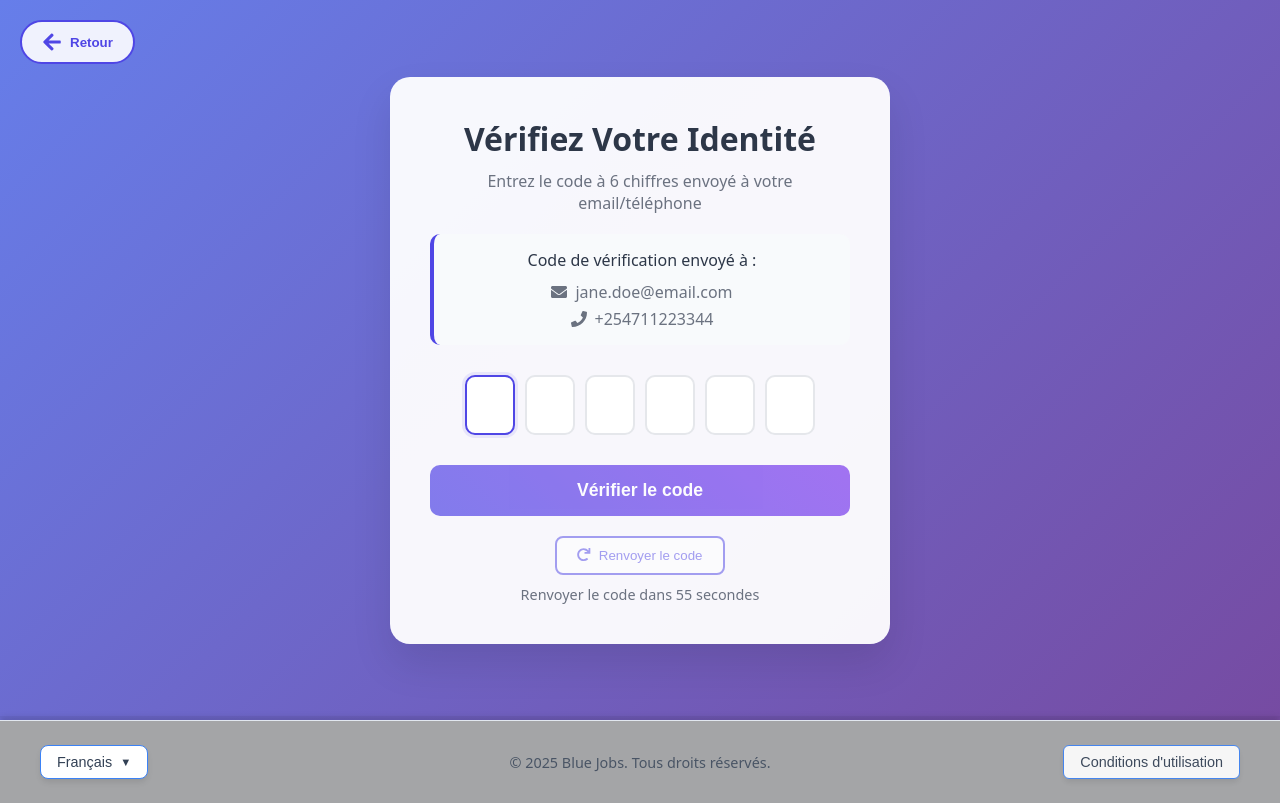
Repository: VladimirGagarin/blue-jobs
Page: /#/otp
An editor plug-in stored every save of this project. The page is shown before and after the next save, followed by the edit.
The browser window is 1280 px wide. The pictures show the whole page.
The project was rebuilt for these pictures with package versions that can differ from the ones it lists, and the page was loaded fresh each time. Also part of the build but not shown: vite.config.js, src/components/LoadingPage.css, src/components/LoadingPage.jsx, src/components/Navbar.jsx, src/components/About.jsx, src/components/HomeScreen.jsx, src/components/Features.jsx, src/components/Founders.jsx and 11 more. Imported but missing from the stored project, and not drawn on this page: src/assets/cta_video.mp4, src/assets/cta_video_fr.mp4.

Above is the page before, as saved 2025-09-28 02:54:42.

### index.html
<!doctype html>
<html lang="en">
  <head>
    <meta charset="UTF-8" />
    <link rel="icon" type="image/svg+xml" href="/vite.svg" />
    <meta name="viewport" content="width=device-width, initial-scale=1.0" />
    <title>Blue Jobs | The Direct Link to Your Next Hire | Le Lien Direct Vers Votre Prochain Recrutement</title>
  </head>
  <body>
    <div id="root"></div>
    <script type="module" src="/src/main.jsx"></script>
  </body>
</html>

### src/main.jsx
import { StrictMode } from "react";
import { createRoot } from "react-dom/client";
import {
  createBrowserRouter,
  createHashRouter,
  RouterProvider,
} from "react-router-dom";
import "./index.css";
import App from "./App.jsx";
import GuestPage from "./pages/Guest.jsx";
import DashboardPage from "./pages/Dashboard.jsx";
import LoginPage from "./pages/Login.jsx";
import NotFoundPage from "./pages/NotFound.jsx";
import SignupPage from "./pages/Signup.jsx";
import ProfileContent from "./pages/Profile.jsx";
import OTP from "./pages/OTP.jsx";
import { Consent } from "./components/consent.jsx";
import { UserProvider } from "./contexts/UserData.jsx";
import { LanguageProvider } from "./contexts/LanguageProvider.jsx";

// Toggle here: set to "hash" for GitHub Pages, "browser" for real hosting
const ROUTER_MODE = import.meta.env.VITE_ROUTER_MODE || "hash";

const routes = [
  { path: "/", element: <App /> },
  { path: "/guest", element: <GuestPage /> },
  { path: "/dashboard", element: <DashboardPage /> },
  { path: "/login", element: <LoginPage /> },
  { path: "/signup", element: <SignupPage /> },
  { path: "*", element: <NotFoundPage /> },
  { path: "/consent", element:<Consent/>},
  {path: "/profile",element: <ProfileContent/>},
  {path: "/otp", element: <OTP/>}
];

const router =
  ROUTER_MODE === "browser"
    ? createBrowserRouter(routes)
    : createHashRouter(routes);

createRoot(document.getElementById("root")).render(
  <StrictMode>
    <LanguageProvider>
      <UserProvider>
        <RouterProvider router={router} />
      </UserProvider>
    </LanguageProvider>
  </StrictMode>
);

### src/index.css
/* index.css */

/* Reset default margins & paddings */
* {
  margin: 0;
  padding: 0;
  box-sizing: border-box;
}

/* Make sure app fills full screen */
html, body, #root {
  height: 100%;
  width: 100%;
  font-family: system-ui, sans-serif;
  background: #f5f5f5; /* Light mode default background */
  color: #000;
}

/* Dark mode background */
@media (prefers-color-scheme: dark) {
  body {
    background: #0d0d0d;
    color:#fff;
  }
}

### src/pages/OTP.jsx
import { useState, useEffect, useRef, useContext } from "react";
import { useNavigate, useLocation } from "react-router-dom";
import { useLanguage, useUser } from "../components/useUser.js"; // Import useUser
import {
  FaArrowLeft,
  FaCheck,
  FaRedo,
  FaEnvelope,
  FaPhone,
} from "react-icons/fa";
import Footer from "../components/footer.jsx";
import "./OTP.css";

export default function OTP() {
  const [otp, setOtp] = useState(["", "", "", "", "", ""]);
  const [loading, setLoading] = useState(false);
  const [error, setError] = useState("");
  const [success, setSuccess] = useState(false);
  const [countdown, setCountdown] = useState(60);
  const [canResend, setCanResend] = useState(false);

  const { language } = useLanguage();
  const { user } = useUser(); // Get current user from context
  const navigate = useNavigate();
  const location = useLocation();
  const inputRefs = useRef([]);

  // Get OTP action and contact info from multiple sources (priority order)
  const getContactInfo = () => {
    // 1. First priority: From navigation state (login/signup flow)
    if (location.state?.userEmail || location.state?.userPhone) {
      return {
        userEmail: location.state.userEmail,
        userPhone: location.state.userPhone,
        action: location.state.action || "verify",
      };
    }

    // 2. Second priority: From current user context (if user is logged in but needs OTP verification)
    if (user && (user.userEmail || user.userPhoneNumber)) {
      return {
        userEmail: user.userEmail,
        userPhone: user.userPhoneNumber,
        action: "verify",
      };
    }

    // 3. Fallback: No specific info available
    return {
      userEmail: null,
      userPhone: null,
      action: "verify",
    };
  };

  const { userEmail, userPhone, action } = getContactInfo();

  // Set document title
  useEffect(() => {
    const actionText =
      action === "login"
        ? "Login"
        : action === "signup"
        ? "Signup"
        : "Verification";
    document.title =
      language === "fr"
        ? `${actionText} OTP | Blue Jobs`
        : `${actionText} OTP | Blue Jobs`;
  }, [language, action]);



  // Countdown timer for resend OTP
  useEffect(() => {
    if (countdown > 0 && !canResend) {
      const timer = setTimeout(() => setCountdown(countdown - 1), 1000);
      return () => clearTimeout(timer);
    } else if (countdown === 0) {
      setCanResend(true);
    }
  }, [countdown, canResend]);

  // Auto-focus first input on mount
  useEffect(() => {
    if (inputRefs.current[0]) {
      inputRefs.current[0].focus();
    }
  }, []);

  // Text content based on language and action
  const getContent = () => {
    const baseContent = {
      en: {
        title: "Verify Your Identity",
        subtitle: "Enter the 6-digit code sent to your email/phone",
        codeSent: "Verification code sent to:",
        verify: "Verify Code",
        verifying: "Verifying...",
        resend: "Resend Code",
        resendIn: "Resend code in",
        seconds: "seconds",
        success: "Verification Successful!",
        successMessage: "Your account has been verified successfully.",
        goToProfile: "Go to Profile",
        backToLogin: "Back to Login",
        backToSignup: "Back to Signup",
        backToAction: "Go Back",
        invalidOtp: "Invalid verification code",
        otpExpired: "Verification code has expired",
        error: "An error occurred. Please try again.",
      },
      fr: {
        title: "Vérifiez Votre Identité",
        subtitle: "Entrez le code à 6 chiffres envoyé à votre email/téléphone",
        codeSent: "Code de vérification envoyé à :",
        verify: "Vérifier le code",
        verifying: "Vérification...",
        resend: "Renvoyer le code",
        resendIn: "Renvoyer le code dans",
        seconds: "secondes",
        success: "Vérification Réussie !",
        successMessage: "Votre compte a été vérifié avec succès.",
        goToProfile: "Aller au Profil",
        backToLogin: "Retour à la Connexion",
        backToSignup: "Retour à l'Inscription",
        backToAction: "Retour",
        invalidOtp: "Code de vérification invalide",
        otpExpired: "Le code de vérification a expiré",
        error: "Une erreur s'est produite. Veuillez réessayer.",
      },
    };

    // Customize based on action
    if (action === "login") {
      baseContent.en.title = "Complete Your Login";
      baseContent.en.subtitle = "Enter the code to complete your login";
      baseContent.fr.title = "Complétez Votre Connexion";
      baseContent.fr.subtitle = "Entrez le code pour compléter votre connexion";
    } else if (action === "signup") {
      baseContent.en.title = "Verify Your Account";
      baseContent.en.subtitle = "Enter the code to verify your new account";
      baseContent.fr.title = "Vérifiez Votre Compte";
      baseContent.fr.subtitle =
        "Entrez le code pour vérifier votre nouveau compte";
    }

    return baseContent[language] || baseContent.en;
  };

  const t = getContent();

  // OTP input handlers (same as before)
  const handleOtpChange = (index, value) => {
    if (!/^\d*$/.test(value)) return;

    const newOtp = [...otp];
    newOtp[index] = value;
    setOtp(newOtp);

    if (value && index < 5) {
      inputRefs.current[index + 1].focus();
    }

    if (error) setError("");
  };

  const handleKeyDown = (index, e) => {
    if (e.key === "Backspace" && !otp[index] && index > 0) {
      inputRefs.current[index - 1].focus();
    }
  };

  const handlePaste = (e) => {
    e.preventDefault();
    const pasteData = e.clipboardData.getData("text");
    const digits = pasteData.replace(/\D/g, "").slice(0, 6).split("");

    if (digits.length === 6) {
      const newOtp = [...otp];
      digits.forEach((digit, index) => {
        newOtp[index] = digit;
      });
      setOtp(newOtp);
      inputRefs.current[5].focus();
    }
  };

  const handleVerify = async (e) => {
    e.preventDefault();
    setLoading(true);
    setError("");

    const otpString = otp.join("");

    if (otpString.length !== 6) {
      setError(t.invalidOtp);
      setLoading(false);
      return;
    }

    try {
      await new Promise((resolve) => setTimeout(resolve, 2000));
      const isValid = otpString === "123456"; // Test code

      if (isValid) {
        setSuccess(true);
        // In real app, you would complete the verification process here
        // This could be login completion, signup completion, etc.
      } else {
        setError(t.invalidOtp);
      }
    } catch (err) {
      setError(t.error);
    } finally {
      setLoading(false);
    }
  };

  const handleResend = async () => {
    setLoading(true);
    setError("");
    setCanResend(false);
    setCountdown(60);

    try {
      await new Promise((resolve) => setTimeout(resolve, 1000));
      console.log("OTP resent to:", userEmail || userPhone);
      // In real app, call your backend to resend OTP
    } catch (err) {
      setError(t.error);
    } finally {
      setLoading(false);
    }
  };

  const handleGoBack = () => {
    // Smart back navigation based on action
    if (action === "login") {
      navigate("/login", { replace: true });
    } else if (action === "signup") {
      navigate("/signup", { replace: true });
    } else {
      navigate(-1); // Go back to previous page
    }
  };

  const handleCompletion = () => {
    // Smart completion based on action
    if (action === "login" || action === "signup") {
      navigate("/?panel=profile", { replace: true });
    } else {
      navigate("/?panel=home", { replace: true });
    }
  };

  if (success) {
    return (
      <>
        <div className="otp-container">
          <div className="otp-content">
            <div className="otp-success">
              <div className="success-icon">
                <FaCheck size={48} />
              </div>
              <h1 className="success-title">{t.success}</h1>
              <p className="success-message">{t.successMessage}</p>
              <button className="success-button" onClick={handleCompletion}>
                {action === "login" || action === "signup"
                  ? t.goToProfile
                  : t.backToAction}
              </button>
            </div>
          </div>
        </div>
        <Footer />
      </>
    );
  }

  return (
    <>
      <div className="otp-container">
        <button className="otp-back-button" onClick={handleGoBack}>
          <FaArrowLeft size={20} />
          {action === "login"
            ? t.backToLogin
            : action === "signup"
            ? t.backToSignup
            : t.backToAction}
        </button>

        <div className="otp-content">
          <div className="otp-header">
            <h1 className="otp-title">{t.title}</h1>
            <p className="otp-subtitle">{t.subtitle}</p>

            {(userEmail || userPhone) && (
              <div className="otp-contact-info">
                <p>{t.codeSent}</p>
                <div className="contact-details">
                  {userEmail && (
                    <span className="contact-item">
                      <FaEnvelope /> {userEmail}
                    </span>
                  )}
                  {userPhone && (
                    <span className="contact-item">
                      <FaPhone /> {userPhone}
                    </span>
                  )}
                </div>
              </div>
            )}
          </div>

          {error && <div className="otp-error">{error}</div>}

          <form className="otp-form" onSubmit={handleVerify}>
            <div className="otp-inputs">
              {otp.map((digit, index) => (
                <input
                  key={index}
                  ref={(el) => (inputRefs.current[index] = el)}
                  type="text"
                  maxLength="1"
                  value={digit}
                  onChange={(e) => handleOtpChange(index, e.target.value)}
                  onKeyDown={(e) => handleKeyDown(index, e)}
                  onPaste={index === 0 ? handlePaste : undefined}
                  className="otp-input"
                  disabled={loading}
                  autoComplete="one-time-code"
                />
              ))}
            </div>

            <button
              type="submit"
              className="verify-button"
              disabled={loading || otp.join("").length !== 6}
            >
              {loading ? t.verifying : t.verify}
            </button>
          </form>

          <div className="otp-resend">
            <button
              onClick={handleResend}
              disabled={!canResend || loading}
              className="resend-button"
            >
              <FaRedo style={{ marginRight: "8px" }} />
              {t.resend}
            </button>
            {!canResend && (
              <span className="countdown">
                {t.resendIn} {countdown} {t.seconds}
              </span>
            )}
          </div>
        </div>
      </div>
      <Footer />
    </>
  );
}

### src/contexts/UserData.jsx
import { createContext, useState, useEffect } from "react";
import { mockUsers } from "../Utils/user";

// ✅ default guest user
const guestUser = {
  userId: "guest",
  userName: "Guest",
  userEmail: null,
  userNationality: null,
  userIsPremium: false,
  userJobPostPermit: false,
  userApplyPermit: false,
  userPostedJobs: [],
  userAppliedJobs: [],
  userDateCreated: null,
  userPassportPhoto: null,
  userNotifications: []
};

// ✅ Your predefined test user
const testUser = {
  userId: "u98765",
  userName: "Jane Doe",
  userNationalId: "12345678",
  userEmail: "jane.doe@email.com",
  userPhoneNumber: "+254711223344",
  userNationality: "Kenyan",
  userIsPremium: false,
  userJobPostPermit: true,
  userApplyPermit: true,
  userPostedJobs: [],
  userAppliedJobs: ["aj_2025X"],
  userPostTokens: 2,
  userApplyTokens: 3,
  userDateCreated: "2025-09-26T12:00:00Z",
  userPassportPhoto: "https://bluejobs.com/uploads/u98765.jpg",
  userPassword: "JaneDoe#2025",
  userRole: "basic",
  userNotifications: [],
};


const UserContext = createContext();

export function UserProvider({ children }) {
  const [user, setUser] = useState(guestUser);

  // ✅ Load userId from localStorage and fetch details
  useEffect(() => {
    const storedId = localStorage.getItem("bluejobs_userId");
    const allUsers = [...mockUsers]; // Replace with actual data source

    if (storedId) {
      // For now, fake fetch (replace later with backend call)
      const findUser = allUsers.find(u => u.userId === storedId);
      if (findUser) {
        setUser(findUser);
      }


    }
    else {
      setUser(testUser);
         // Optional: Also store in localStorage to simulate real behavior
        localStorage.setItem("bluejobs_userId", testUser.userId);
    }
  }, []);

  // ✅ Only store userId in localStorage
  const updateUser = (newUser) => {
    if (newUser?.userId) {
      localStorage.setItem("bluejobs_userId", newUser.userId);
    } else {
      localStorage.removeItem("bluejobs_userId");
    }
    setUser(newUser || guestUser);
  };

  return (
    <UserContext.Provider value={{ user, updateUser }}>
      {children}
    </UserContext.Provider>
  );
}

export default UserContext;

### src/contexts/LanguageProvider.jsx
// english french toggle
import {  useState } from 'react';
import { LanguageContext } from "./LanguageContext";



export const LanguageProvider = ({ children }) => {
  const [language, setLanguage] = useState('fr'); // default to French

  const currentLanguage = (lang) => {
    setLanguage(lang);
  };

  return (
    <LanguageContext.Provider value={{ language, currentLanguage }}>
      {children}
    </LanguageContext.Provider>
  );
};
// Usage: wrap your app with <LanguageProvider> in index.js or App.js

### src/components/footer.jsx
import "./Footer.css";
import { useLanguage } from "./useUser";
import { useState, useEffect, useRef } from "react";
import { useNavigate } from "react-router-dom";

const Footer = () => {
  const { language, setLanguage } = useLanguage();
  const [showLanguageDropdown, setShowLanguageDropdown] = useState(false);
  const currentYear = new Date().getFullYear();
  const navigate = useNavigate();

  // Create a ref for the dropdown container
  const dropdownRef = useRef(null);

  const languageOptions = [
    { code: "en", name: "English", nativeName: "English" },
    { code: "fr", name: "French", nativeName: "Français" }
  ];

  // In your footer component
const handleLanguageChange = (langCode) => {
  setLanguage(langCode);
  localStorage.setItem('preferredLanguage', langCode); // Save user choice
  setShowLanguageDropdown(false);
};

  const handleTermsClick = () => {
    navigate("/consent");
  };




  // Click outside logic
  useEffect(() => {
    const handleClickOutside = (event) => {
      // Check if the click is outside the dropdown container
      if (dropdownRef.current && !dropdownRef.current.contains(event.target)) {
        setShowLanguageDropdown(false);
      }
    };

    // Add event listener when dropdown is open
    if (showLanguageDropdown) {
      document.addEventListener("mousedown", handleClickOutside);
      document.addEventListener("touchstart", handleClickOutside); // For mobile
    }

    // Cleanup function
    return () => {
      document.removeEventListener("mousedown", handleClickOutside);
      document.removeEventListener("touchstart", handleClickOutside);
    };
  }, [showLanguageDropdown]); // Only re-run when showLanguageDropdown changes

  // Close dropdown when Escape key is pressed
  useEffect(() => {
    const handleEscapeKey = (event) => {
      if (event.key === "Escape" && showLanguageDropdown) {
        setShowLanguageDropdown(false);
      }
    };

    if (showLanguageDropdown) {
      document.addEventListener("keydown", handleEscapeKey);
    }

    return () => {
      document.removeEventListener("keydown", handleEscapeKey);
    };
  }, [showLanguageDropdown]);

  return (
    <footer className="footer">
      <div className="footer-content">
        {/* Left side - Language Toggle */}
        <div className="footer-left">
          <div className="language-selector" ref={dropdownRef}>
            <button
              className="language-toggle"
              onClick={() => setShowLanguageDropdown(!showLanguageDropdown)}
              aria-haspopup="true"
              aria-expanded={showLanguageDropdown}
            >
              {language === "fr" ? "Français" : "English"}
              <span className={`dropdown-arrow ${showLanguageDropdown ? "open" : ""}`}>▼</span>
            </button>

            {showLanguageDropdown && (
              <div className="language-dropdown">
                {languageOptions.map((option) => (
                  <button
                    key={option.code}
                    className={`language-option ${language === option.code ? "active" : ""}`}
                    onClick={() => handleLanguageChange(option.code)}
                  >
                    <span className="native-name">{option.nativeName}</span>
                    <span className="english-name">({option.name})</span>
                  </button>
                ))}
              </div>
            )}
          </div>
        </div>

        {/* Center - Copyright */}
        <div className="footer-center">
          <p className="copyright">
            © {currentYear} Blue Jobs. {
              language === "fr"
                ? "Tous droits réservés."
                : "All rights reserved."
            }
          </p>
        </div>

        {/* Right side - Terms and Policy */}
        <div className="footer-right">
          <div className="footer-links">
            <button
              className="footer-link"
              onClick={handleTermsClick}
            >
              {language === "fr" ? "Conditions d'utilisation" : "Terms & Conditions"}
            </button>
          </div>
        </div>
      </div>
    </footer>
  );
};

export default Footer;

### src/pages/Signup.css
/* src/pages/Signup.css */
.App {
  min-height: 100vh;
  display: flex;
  align-items: center;
  justify-content: center;
  font-family: system-ui, sans-serif;
}

.signup-page {
  max-width: 600px;
  width: 100%;
  padding: 1.5rem;
  border-radius: 10px;
  background: var(--bg);
  color: var(--text);
  border: 1px solid var(--text);
  box-shadow: 0 2px 8px rgba(0,0,0,0.1);
}

.signup-header {
  display: flex;
  justify-content: space-between;
  align-items: center;
  margin-bottom: 1.5rem;
}

.signup-header h2 {
  font-size: 1.5rem;
  font-weight: 600;
  margin: 0;
}

/* Style for Home button */
.signup-header button {
  display: flex;
  align-items: center;
  gap: 0.5rem;            /* space between icon & text */
  padding: 0.5rem 1rem;
  font-size: 0.95rem;
  font-weight: 500;
  border: none;
  border-radius: 6px;
  background: var(--primary-color, #007bff); /* fallback to blue */
  color: white;
  cursor: pointer;
  transition: background 0.3s ease, transform 0.2s ease;
}

.signup-header button:hover {
  background: var(--primary-hover, #0056b3);
  transform: translateY(-2px);
}

.signup-header button:active {
  transform: translateY(0);
  background: var(--primary-active, #004085);
}


.form-group {
  margin-bottom: 1rem;
  display: flex;
  flex-direction: column;
}

.form-group label {
  font-size: 0.9rem;
  margin-bottom: 0.3rem;
  color: var(--highlight);
}

.form-group input {
  padding: 0.6rem;
  border: none;
  border-bottom: 1px solid var(--text);
  color: var(--text);

  background-color:transparent;
}

.signup-btn {
  width: 100%;
  padding: 0.8rem;
  background: #007bff;
  border: none;
  border-radius: 6px;
  color: #fff;
  font-size: 1rem;
  cursor: pointer;
}

.signup-btn:hover {
  background: #0056b3;
}

/* Light/Dark theme */
@media (prefers-color-scheme: light) {
  :root {
    --bg: #fff;
    --text: #0d0d0d;
    --highlight: #007bff;
  }
}

@media (prefers-color-scheme: dark) {
  :root {
    --bg: #0d0d0d;
    --text: #f0f0f0;
    --highlight: #f5e100ef;
  }
}

Loaded but not shown: src/components/useUser.js (112 lines, source omitted); src/Utils/user.js (179 lines, source omitted); src/contexts/LanguageContext.js (4 lines, source omitted); src/components/About.css (781 lines, source omitted); src/pages/Profile.css (625 lines, source omitted); src/components/Review.css (591 lines, source omitted); src/pages/Login.css (532 lines, source omitted); src/pages/Guest.css (474 lines, source omitted); src/components/Home.css (505 lines, source omitted); src/pages/OTP.css (372 lines, source omitted); src/components/Founders.css (371 lines, source omitted); src/components/Feature.css (377 lines, source omitted); src/components/Footer.css (365 lines, source omitted); src/components/Consent.css (346 lines, source omitted); src/components/Navbar.css (301 lines, source omitted)

After the next save:
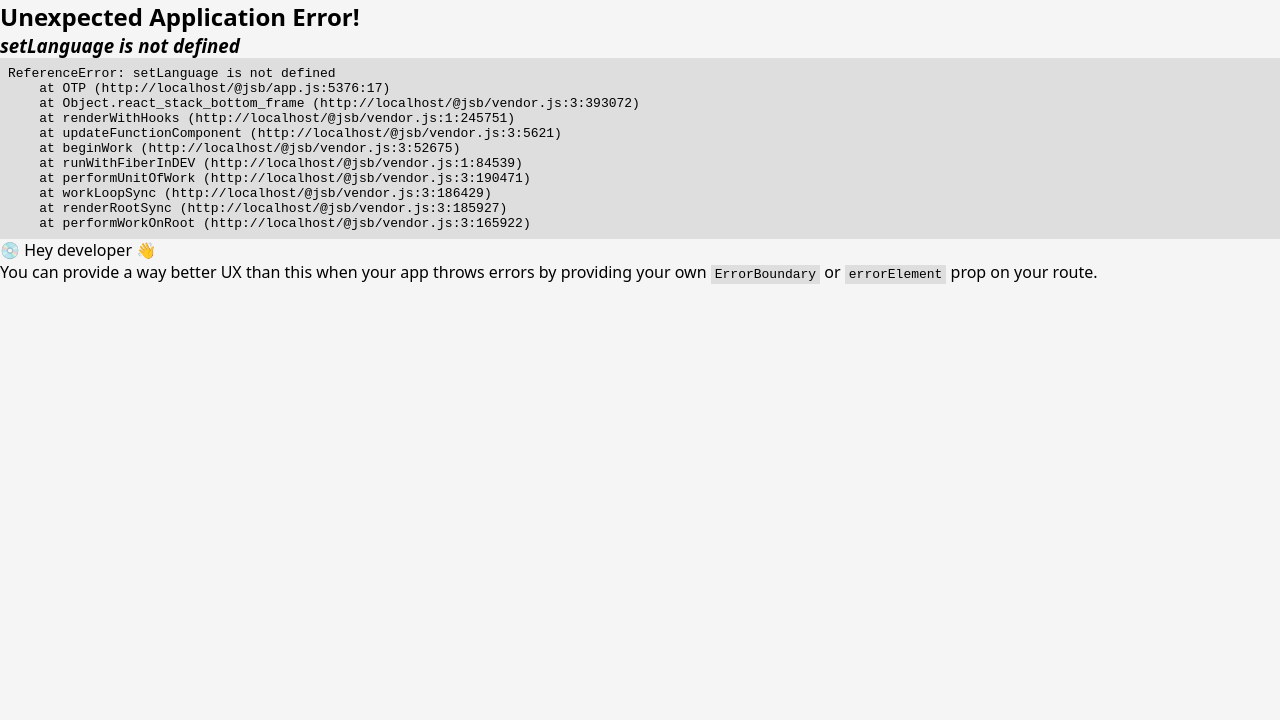
Saved 8 s later.
--- a/src/pages/OTP.jsx
+++ b/src/pages/OTP.jsx
@@ -69,7 +69,31 @@ export default function OTP() {
         : `${actionText} OTP | Blue Jobs`;
   }, [language, action]);
 
-
+  // Language detection on component mount
+    useEffect(() => {
+      if (hasAutoDetectLanguage.current) return;
+
+      const initializeLanguage = () => {
+        const savedLanguage = localStorage.getItem("preferredLanguage");
+        if (savedLanguage === "fr" || savedLanguage === "en") {
+          if (language !== savedLanguage) {
+            setLanguage(savedLanguage);
+          }
+          hasAutoDetectLanguage.current = true;
+          return;
+        }
+
+        const browserLanguage = navigator.language?.split("-")[0];
+        const finalLanguage = browserLanguage === "fr" ? "fr" : "en";
+
+        if (language !== finalLanguage) {
+          setLanguage(finalLanguage);
+          localStorage.setItem("preferredLanguage", finalLanguage);
+        }
+        hasAutoDetectLanguage.current = true;
+      };
+      initializeLanguage();
+    }, [language, setLanguage]);
 
   // Countdown timer for resend OTP
   useEffect(() => {
